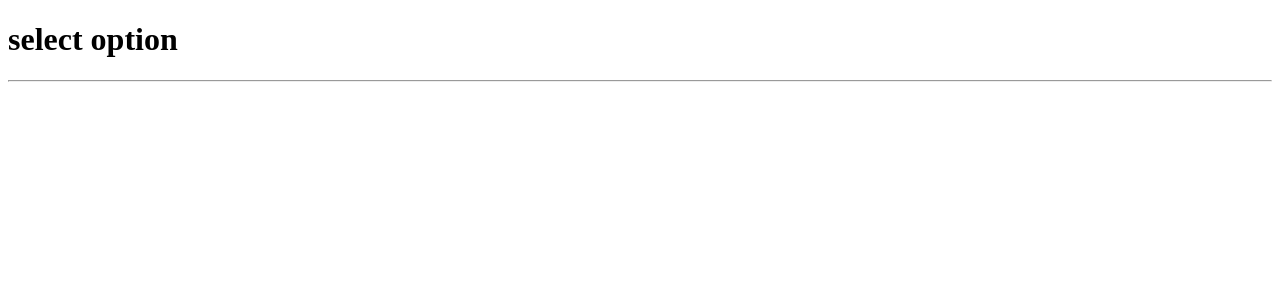
Repository: JJinBBangg/JSP
Page: http://localhost/jsp/ch03/lecture/06form/14select.jsp
An editor plug-in stored every save of this project. The page is shown before and after the next save, followed by the edit.
The browser window is 1280 px wide. The pictures show the whole page.
The page is served by Tomcat 9.

Above is the page before, as saved 2023-03-29 00:32:02.

After the next save:
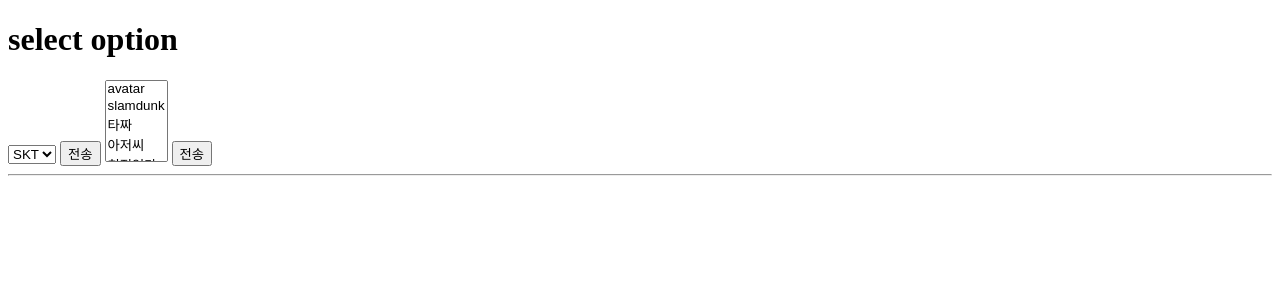
Saved 2 min 36 s later.
--- a/jsp/src/main/webapp/ch03/lecture/06form/14select.jsp
+++ b/jsp/src/main/webapp/ch03/lecture/06form/14select.jsp
@@ -9,7 +9,20 @@
 </head>
 <body>
 	<h1>select option</h1>
-
+		<form action="">
+		<select name="phone" id="" >
+			<option value="SKT">SKT</option>
+			<option value="KT">KT</option>
+			<option value="LG">LG</option>
+		</select> <input type="submit" value="전송" />
+		<select name="movie" id="" multiple="multiple">
+			<option value="avatar">avatar</option>
+			<option value="slamdunk">slamdunk</option>
+			<option value="타짜">타짜</option>
+			<option value="아저씨">아저씨</option>
+			<option value="친정엄마">친정엄마</option>
+		</select> <input type="submit" value="전송" />
+	</form>
 	<hr />
 	<%
 	String phone = request.getParameter("phone");
